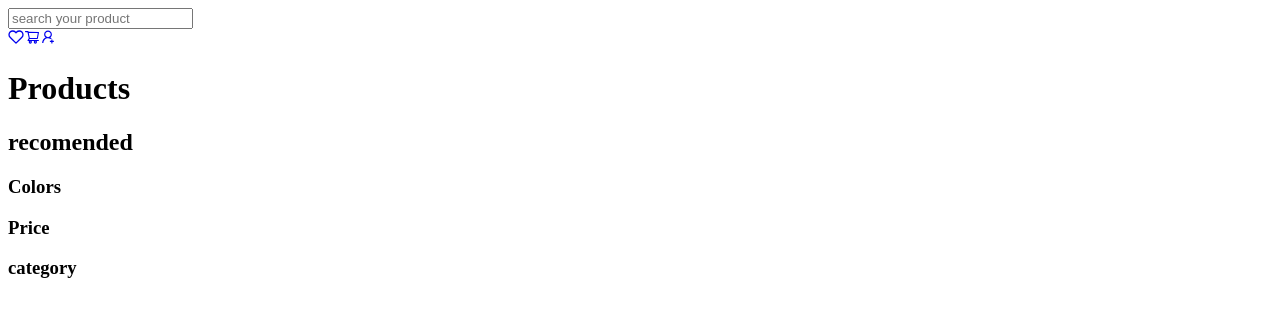
Repository: Mohankrishna1201/final_products_list
Page: /
An editor plug-in stored every save of this project. The page is shown before and after the next save, followed by the edit.
The browser window is 1280 px wide. The pictures show the whole page.
The project was rebuilt for these pictures with package versions that can differ from the ones it lists, and the page was loaded fresh each time.

Above is the page before, as saved 2023-11-01 11:09:23.

After the next save:
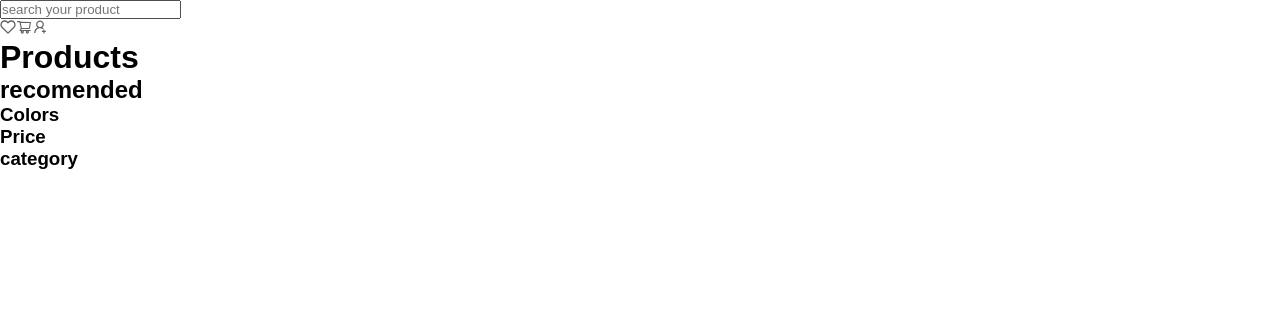
Saved 42 s later.
--- a/src/App.js
+++ b/src/App.js
@@ -4,6 +4,7 @@ import Recommended from "./Recommended/Recommended"
 import Category from "./SideBar/Category/Category";
 import Colors from "./SideBar/Colors/Colors";
 import Price from "./SideBar/Price/Price";
+import "./App.css"
 
 function App() {
   return (
